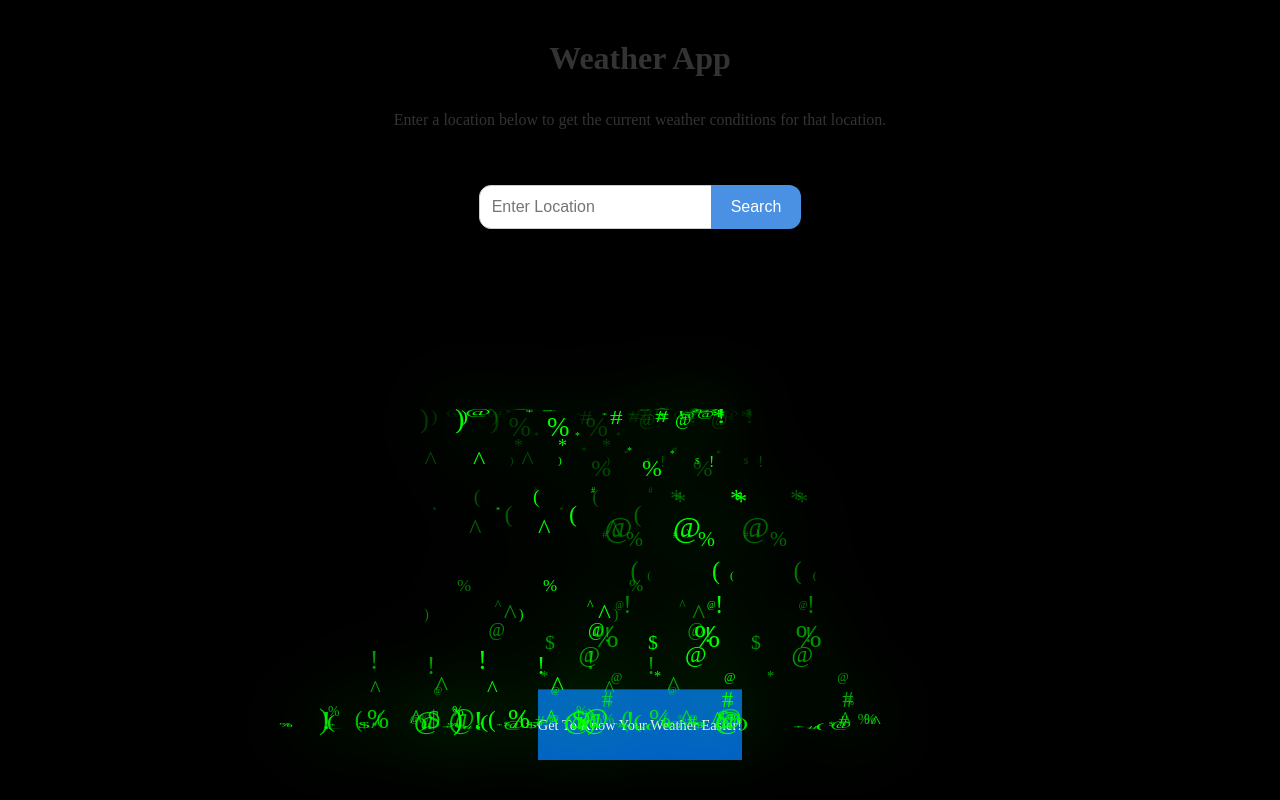
Repository: AlaaYou/Weather-App
Page: index.html
The author's editor kept a copy of each file at every save. The page is drawn from the files as they stood at one save, then again after the next save.
The browser window is 1280 px wide. The pictures show the whole page.

Above is the page before, as saved 2024-10-20 23:44:53.

### index.html
<!DOCTYPE html>
<html lang="en">
  <head>
    <meta charset="UTF-8" />
    <meta name="viewport" content="width=device-width, initial-scale=1.0" />
    <link rel="stylesheet" href="styles.css" />
    <title>Weather App</title>
  </head>
  <body>
    <!-- Header -->
    <header>
      <h1>Weather App</h1><br>
      <p>
        Enter a location below to get the current weather conditions for that
        location.
      </p>
    </header>
    <!-- main content -->
    <main>
      <!-- search box -->
      <section class="search-box">
        <input type="text" id="location-input" placeholder="Enter Location" />

        <button id="search-button">Search</button>
      </section>
      <!-- errror /loading -->
      <div id="loading" style="display: none">Loading...</div>
      <div id="error" style="display: none">Error data Not Found</div>
      <!-- weather content -->
      <section
        class="weather-display"
        id="weather-display"
        style="display: none"
      >
        <div class="temp-display"><span id="temperature">--</span> °C</div>
        <div class="condition-display">
          <span id="condition">--</span>
        </div>

        <!-- condition info -->
        <div class="condition-info">
          <span id="wind-speed">Wind Speed: --</span>
          <span id="humidity">Humidity: --</span>
        </div>
      </section>
      <div class="container">
        <div class="cloud left-cloud">
          <h2></h2>
        </div>
        <div class="cloud right-cloud">
          <h2></h2>
        </div>
      </div>

    </main>
    <!-- footer -->
    <footer>
      <p>Get To Know Your Weather Easier!</p>
    </footer>
    <!-- js goes here -->
    <script src="script.js"></script>
  </body>
</html>

### styles.css
@import url('https://fonts.googleapis.com/css2?family=Poppins:ital,wght@0,100;0,200;0,300;0,400;0,500;0,600;0,700;0,800;0,900;1,100;1,200;1,300;1,400;1,500;1,600;1,700;1,800;1,900&display=swap');

:root {
  --clr: #0f0;
}

body,
h1 {
  margin: 0;
  padding: 0;
}

body {
  display: flex;
  flex-direction: column;
  min-height: 100vh;
  background: #000;
  color: #333;
  justify-content: center;
  align-items: center;
  padding: 40px 0;
}

main {
  flex-grow: 1;
}

header {
  text-align: center;
  margin-bottom: 20px;
}

.search-box {
  display: flex;
  justify-content: center;
  align-items: center;
  margin: 20px 0;
}

input[type="text"] {
  padding: 12px;
  border: 1px solid #ccc;
  border-radius: 12px 0 0 12px;
  font-size: 1em;
  width: auto;
  margin-right: -1px;
}

button {
  background-color: #4a90e3;
  color: #fff;
  border: none;
  border-radius: 0 12px 12px 0;
  padding: 13px 20px;
  cursor: pointer;
  font-size: 1em;
  transition: background-color 0.3s ease;
}

button:hover {
  background-color: #035dcb;
}

/* Weather content */
.weather-display {
  text-align: center;
  padding: 20px;
}

.temp-display,
.condition-display {
  font-size: 2.5em;
  margin-bottom: 10px;
}

.condition-info span {
  margin-right: 15px;
  font-size: 1.2em;
}

#loading,
#error {
  text-align: center;
  font-size: 1.2em;
  margin-top: 20px;
}

#loading {
  color: #4a90e3;
}

#error {
  color: red;
}

footer {
  text-align: center;
  background-color: #035dcb;
  color: #fff;
  padding: 12px 0;
  border-top: 1px solid #333;
  font-size: 0.9em;
}

.container {
  position: relative;
  top: 100px;
  height: 400px;
  width: 100%;
  display: flex;
  justify-content: space-between; /* Aligns children to the sides */
  animation: animateColor 5s linear infinite;
}

.container .cloud {
  position: relative;
  width: 200px; /* Adjusted width to fit better */
  z-index: 100;
  filter: drop-shadow(0 0 35px var(--clr));
}

.container .cloud h2 {
  position: absolute;
  left: 50%;
  transform: translateX(-50%);
  white-space: nowrap;
  color: #000;
  font-size: 2em;
  z-index: 1000;
  font-weight: 400;
  padding: 0 10px;
  border-radius: 10px;
  text-transform: uppercase;
  background: var(--clr);
}

.left-cloud {
  margin-left: 20px; /* Adjust for spacing */
}

.right-cloud {
  margin-right: 20px; /* Adjust for spacing */
}

@keyframes animateColor {
  0% {
    filter: hue-rotate(0deg);
  }
  100% {
    filter: hue-rotate(360deg);
  }
}

.cloud .drop {
  position: absolute;
  top: 60px;
  height: 20px;
  line-height: 20px;
  color: var(--clr);
  transform-origin: bottom;
  animation: animate 2s linear infinite;
}

@keyframes animate {
  0% {
    transform: translateY(0) scaleY(0);
    transform-origin: top;
  }
  10% {
    transform: translateY(0) scaleY(0.25);
    transform-origin: top;
  }
  20% {
    transform: translateY(0) scaleY(1);
  }
  70% {
    transform: translateY(300px) scaleY(1);
    transform-origin: bottom;
  }
  80% {
    transform: translateY(300px) scaleY(1);
    transform-origin: bottom;
  }
  100% {
    transform: translateY(300px) scaleY(0);
    transform-origin: bottom;
    text-shadow: -180px 0 0 var(--clr), 180px 0 var(--clr);
  }
}

### script.js
async function fetchWeather(location) {
    //api
    const apiKey = "094b545dde613af5667ba10639a224f8";
    const url = `http://api.openweathermap.org/data/2.5/weather?q=${location}&appid=${apiKey}&units=metric`;
    const response = await fetch(url);

    if (response.ok) {
      const data = await response.json();
      return data;
    } else {
      throw new Error("Failed to fetch weather data");
    }
  }
  //Display the weather
  function dispplayWeather(data) {
    console.log(data);
    //select the  DOM
    const weatherDisplay = document.getElementById("weather-display");
    const temperature = document.getElementById("temperature");
    const condition = document.getElementById("condition");
    const windSpeed = document.getElementById("wind-speed");
    const humidity = document.getElementById("humidity");

    temperature.textContent = data.main.temp;
    condition.textContent = data.weather[0].main;
    windSpeed.textContent = `Wind Speed: ${data.wind.speed}m/s`;
    humidity.textContent = `Humidity: ${data.main.humidity}%`;
    weatherDisplay.style.display = "block";
  }

  function toggleElementVisibility(id, show) {
    const element = document.getElementById(id);
    element.style.display = show ? "block" : "none";
  }

  //DOM content Loaded
  document.addEventListener("DOMContentLoaded", () => {
    const searchButton = document.getElementById("search-button");
    const locationInput = document.getElementById("location-input");
    searchButton.addEventListener("click", async () => {
      toggleElementVisibility("loading", true); //Show loading
      toggleElementVisibility("error", false);

      //get data
      const location = locationInput.value;

      try {
        const weatherData = await fetchWeather(location);
        toggleElementVisibility("loading", false);
        dispplayWeather(weatherData);
        console.log(weatherData);
      } catch (error) {
        toggleElementVisibility("error", true);
        toggleElementVisibility("loading", false);
      }
    });
  });

  function randomText(){
    var text = ("!@#$%^*()")
    letters =text[Math.floor(Math.random() * text.length)];
    return letters;
}

function rain() {
    let cloud = document.querySelector('.cloud');
    let e = document.createElement('div');
    e.classList.add('drop');
    cloud.appendChild(e);

    let left = Math.floor(Math.random() * 300)
    let size = Math.random() * 1.5;
    let duration = Math.random() *1;

    e.innerText = randomText();
    e.style.left = left + 'px';
    e.style.fontSize = 0.5+size +'em';
    e.style.animationDuration = 1+duration+'s';

      setTimeout(function(){
      cloud.removeChild(e)
      },2000)
}

setInterval(function(){
    rain()
},20);

After the next save:
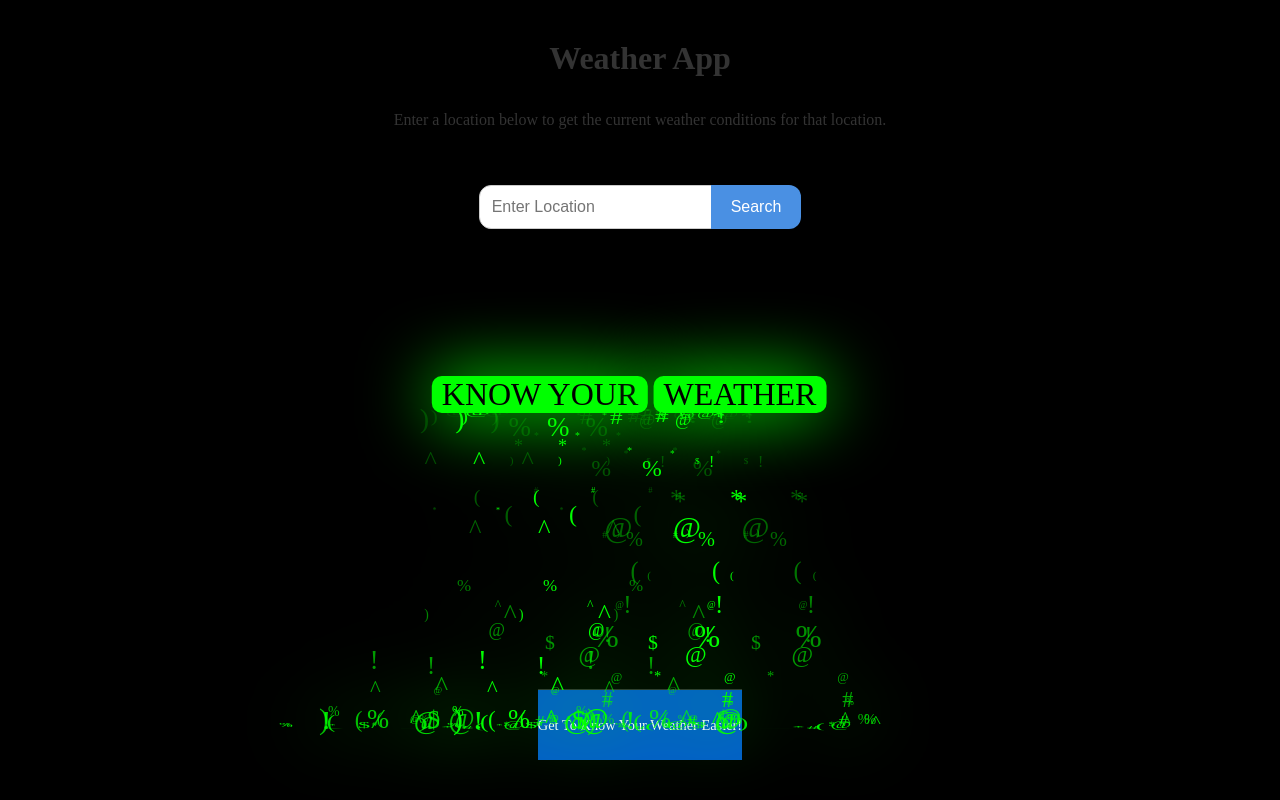
Saved 19 s later.
--- a/index.html
+++ b/index.html
@@ -45,10 +45,10 @@
       </section>
       <div class="container">
         <div class="cloud left-cloud">
-          <h2></h2>
+          <h2>Know Your</h2>
         </div>
         <div class="cloud right-cloud">
-          <h2></h2>
+          <h2>Weather</h2>
         </div>
       </div>
 
